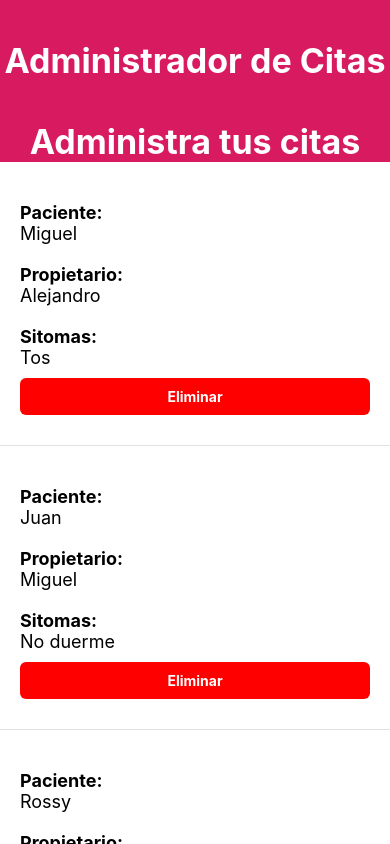
Repository: AleMicky/citas
Screen: /
These files come from the project's save history. The screen is drawn as it stood at one moment and after the next save; the edit follows.
An inner scrolling area shows only its first screen. The app was drawn by React Native's web renderer in a window 390 px wide. The project was rebuilt for these pictures with package versions that can differ from the ones it lists, and the page was loaded fresh each time.

Above is the screen before, as saved 2020-06-27 00:51:23.

After the next save:
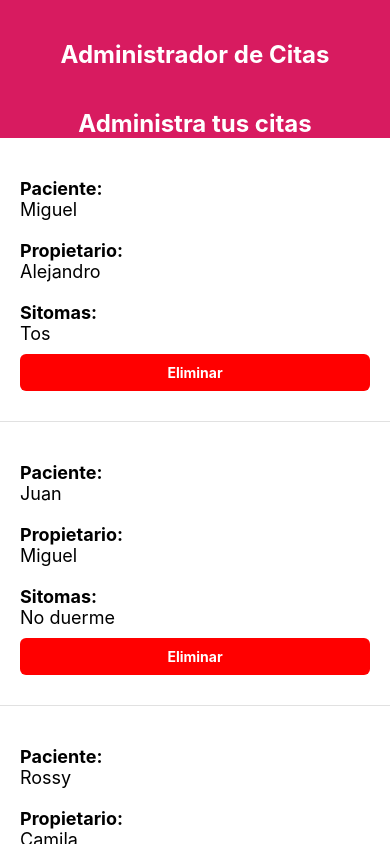
Saved 16 s later.
--- a/App.js
+++ b/App.js
@@ -34,7 +34,7 @@ const styles = StyleSheet.create({
   },
   titulo:{
     marginTop:40,
-    fontSize: 34,
+    fontSize: 24,
     fontWeight:'bold',
     textAlign:'center',
     color:'#fff'
